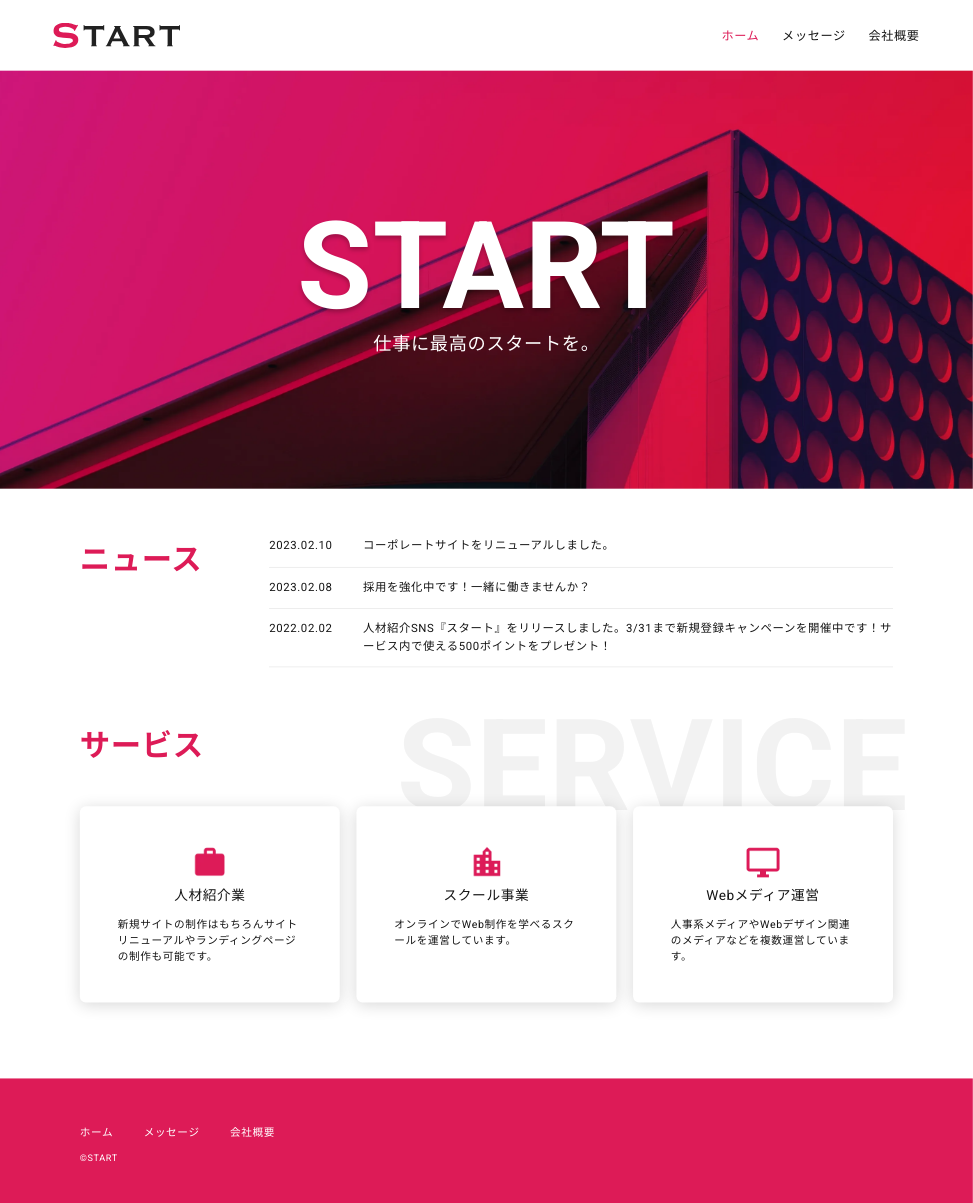
Repository: tetishi/tetishi.github.io
Page: index.html
An editor plug-in stored every save of this project. The page is shown before and after the next save, followed by the edit.
The browser window is 1280 px wide. The pictures show the whole page, at 76% of full size.

Above is the page before, as saved 2023-07-16 23:28:26.

After the next save:
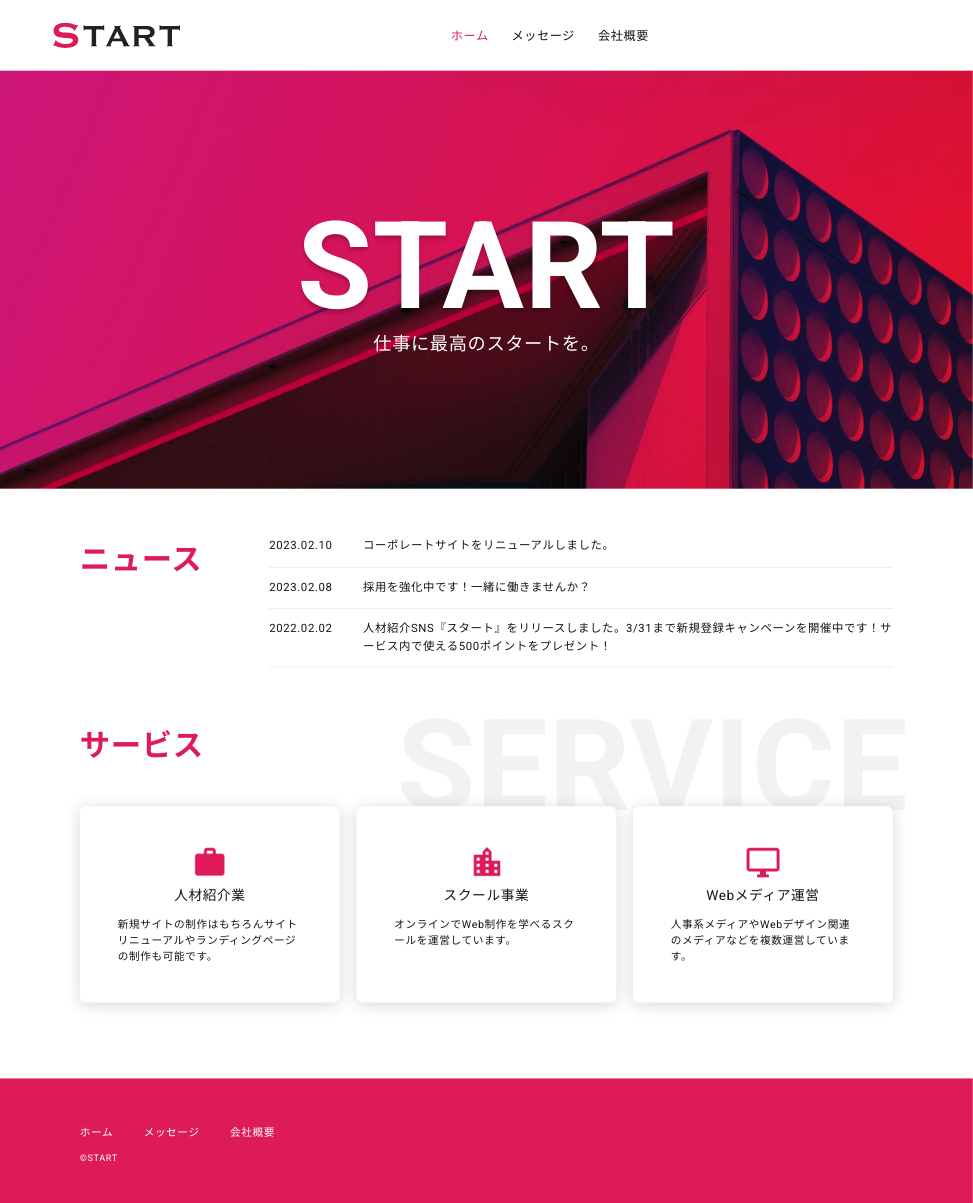
Saved 25 s later.
--- a/index.html
+++ b/index.html
@@ -35,7 +35,7 @@
                     </li>
                 </ul>
             </nav>
-
+            <div class="overlay"></div>
             <div class="hamburger-btn">
                 <span class="bar bar_top"></span>
                 <span class="bar bar_mid"></span>
